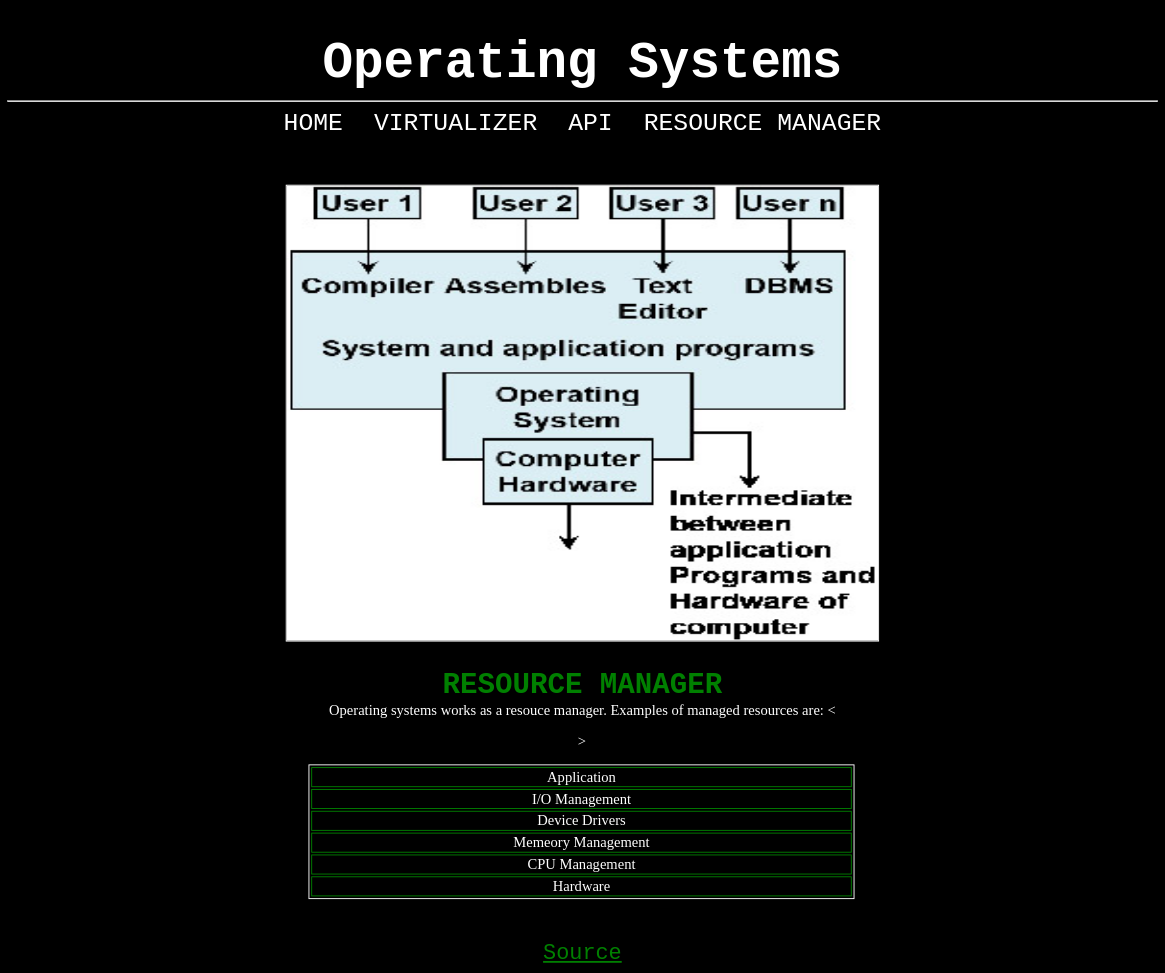
Repository: ctm93/website2
Page: http://localhost/page4.php
The author's editor kept a record of every edit. The page is drawn from the files as they stood at one moment, then again after the next edit.
The browser window is 1280 px wide. The pictures show the whole page, at 91% of full size.
Some web fonts or font styles are not loaded; a fallback is used. The page is run by PHP 8.4 with error messages shown; the project is at /var/www/html/.

Above is the page before.

After the next edit:
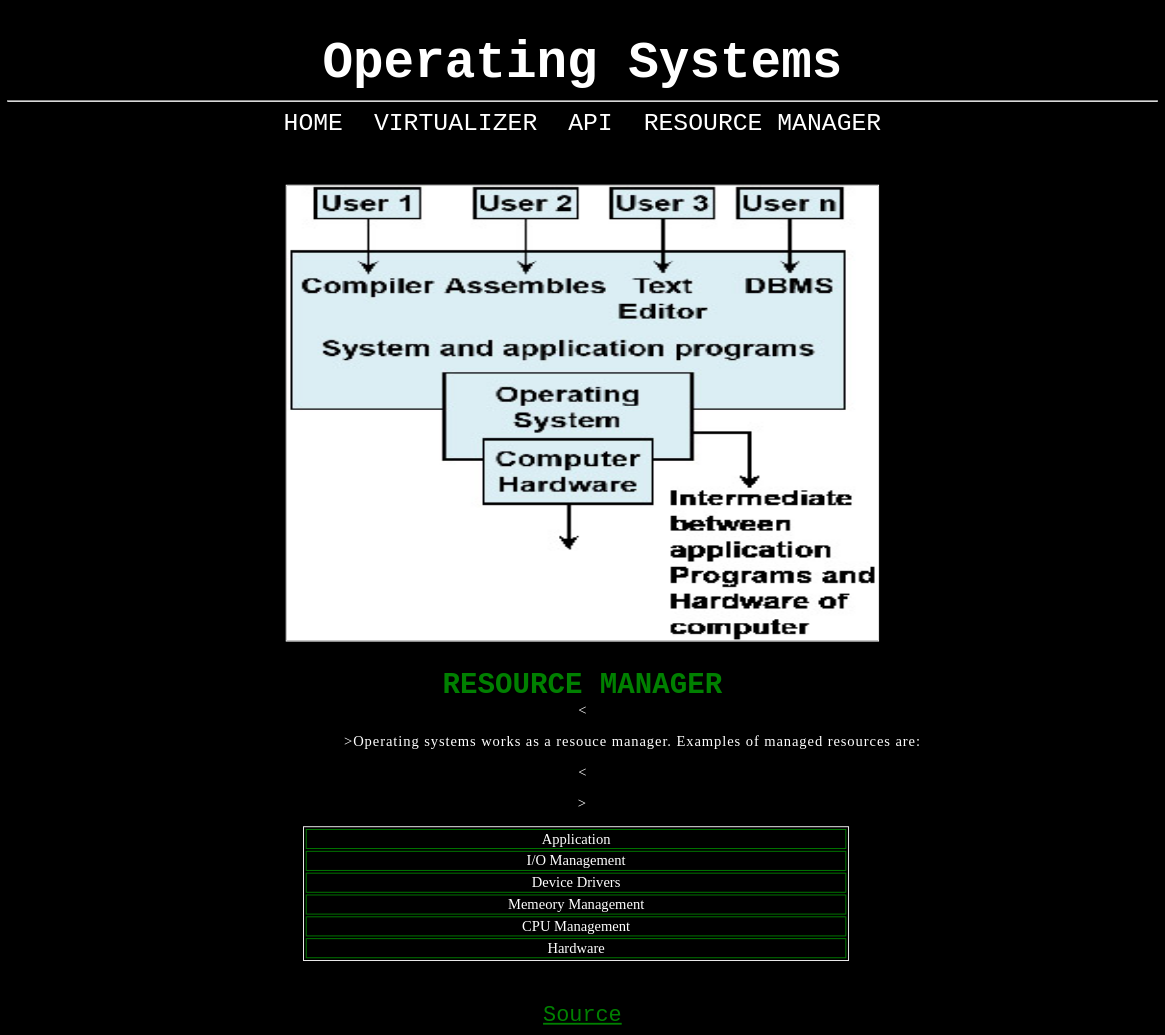
The edit:
--- a/page4.php
+++ b/page4.php
@@ -32,7 +32,7 @@
 
                 <h2>RESOURCE MANAGER</h2>
 
-                <p2>Operating systems works as a resouce manager. Examples of managed resources are:</p2>
+                <<p class ="p2">>Operating systems works as a resouce manager. Examples of managed resources are:</p>
 
                 <<p class ="p3">>
                 <table>
